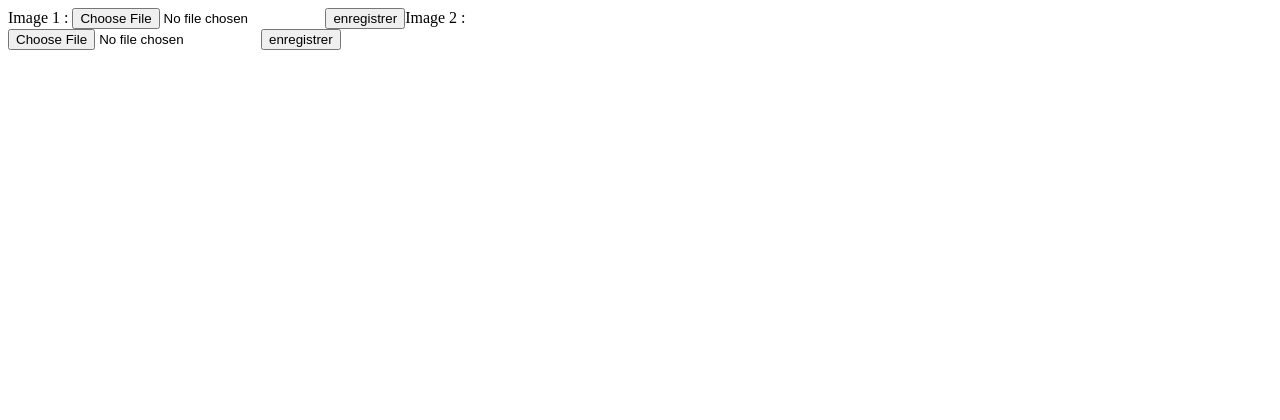
Repository: Lucas-Cassan/img-assembler
Page: / (app in frontend/)
These files come from the project's save history. The page is drawn as it stood at one moment and after the next save; the edit follows.
The browser window is 1280 px wide. The pictures show the whole page.
The project was rebuilt for these pictures with package versions that can differ from the ones it lists, and the page was loaded fresh each time.

Above is the page before, as saved 2022-02-02 14:50:01.

### frontend/src/index.js
import React from "react";
import ReactDOM from "react-dom";
// import "./styles/index.scss";
import App from "./App";

ReactDOM.render(
  <React.StrictMode>
    <App />
  </React.StrictMode>,
  document.getElementById("root"),
);

### frontend/src/App.js
import React from "react";
import Fusiooooon from "./pages/Fusiooooon";

const App = () => {
  return (
    <>
      <Fusiooooon />
    </>
  );
};

export default App;

### frontend/src/pages/Fusiooooon.js
import React, { useState } from "react";
import axios from "axios";

const Fusiooooon = () => {
  const [file1, setFile1] = useState();
  const [file2, setFile2] = useState();

  const handleSubmit = (e) => {
    e.preventDefault();

    console.log(file1);
    const data = new FormData();
    data.append("file", file1);

    axios({
      method: "post",
      url: `http://localhost:5000/img/merge`,
      data,
    })
      .then((res) => console.log(res))
      .catch((err) => console.log(err));
  };

  const handleSubmit2 = (e) => {
    e.preventDefault();

    console.log(file1);
    const data = new FormData();
    data.append("file", file2);

    axios({
      method: "post",
      url: `http://localhost:5000/img/merge`,
      data,
    })
      .then((res) => console.log(res))
      .catch((err) => console.log(err));
  };

  return (
    <>
      <form action="" onSubmit={handleSubmit}>
        <label htmlFor="">Image 1 : </label>
        <input
          type="file"
          name="file"
          id="file"
          accept=".jpg, .jpeg, .png"
          onChange={(e) => setFile1(e.target.files[0])}
        />
        <input type="submit" value="enregistrer" />
        <label htmlFor="">Image 2 : </label>
      </form>
      <form action="" onSubmit={handleSubmit2}>
        <input
          type="file"
          name="file"
          id="file"
          accept=".jpg, .jpeg, .png"
          onChange={(e) => setFile2(e.target.files[0])}
        />
        <input type="submit" value="enregistrer" />
      </form>
    </>
  );
};

export default Fusiooooon;

### frontend/src/styles/index.scss
html{
    padding: 0;
    margin: 0;

    body{
        padding: 0;
        margin: 0;
        width: 100vw;
        height: 100vh;
        overflow: hidden;
        display: flex;
        justify-content: center;
        align-items: center;

        #root{
            width: 100%;
            height: 100%;
            display: flex;
            justify-content: center;
            align-items: center;
            flex-direction: column;

            #img{

            }
            form{

            }
        }

    }
}

Loaded but not shown: frontend/public/index.html (common file)

After the next save:
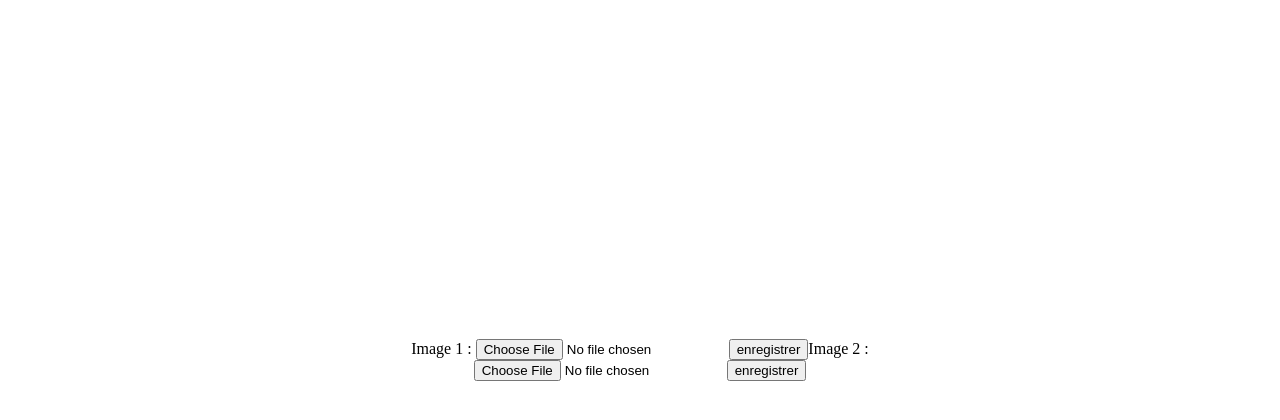
Saved 25 s later.
--- a/frontend/src/index.js
+++ b/frontend/src/index.js
@@ -1,6 +1,6 @@
 import React from "react";
 import ReactDOM from "react-dom";
-// import "./styles/index.scss";
+import "./styles/index.scss";
 import App from "./App";
 
 ReactDOM.render(
